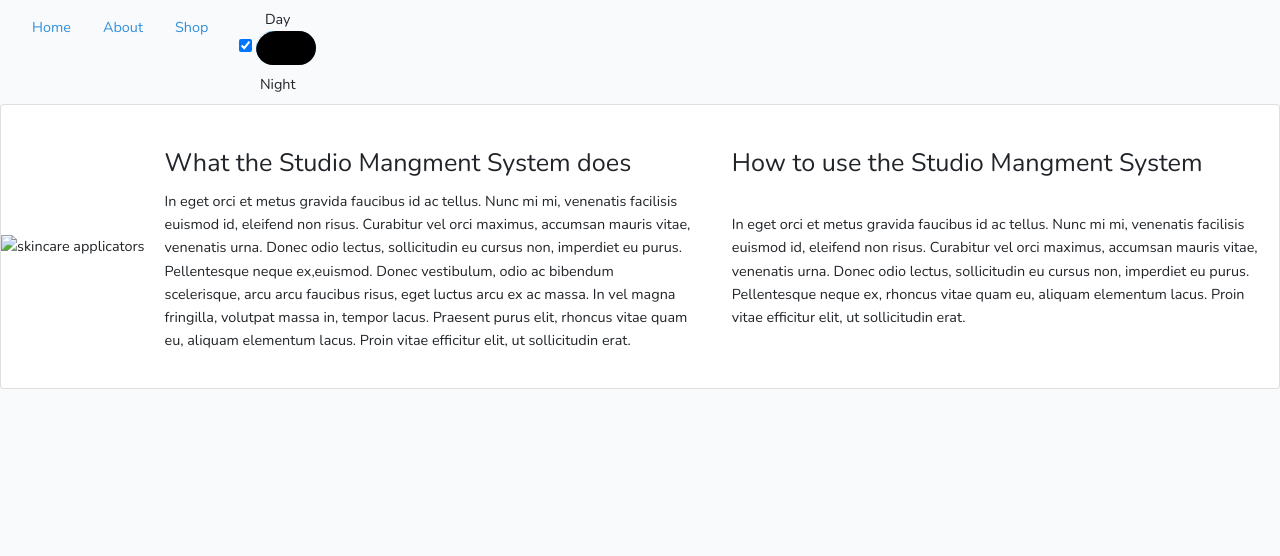
Repository: littae2/simplicite
Page: http://localhost/shop
An editor plug-in stored every save of this project. The page is shown before and after a run of saves, followed by the edit.
The browser window is 1280 px wide. The pictures show the whole page.
Some web libraries are served in a nearby version. The page is served by the project's Laravel application, run on PHP 8.4 with Laravel 8. Other server files are loaded and not shown.

Above is the page before, as saved 2021-08-13 15:37:22.

### Project/routes/web.php
<?php

use Illuminate\Support\Facades\Route;

/*
|--------------------------------------------------------------------------
| Web Routes
|--------------------------------------------------------------------------
|
| Here is where you can register web routes for your application. These
| routes are loaded by the RouteServiceProvider within a group which
| contains the "web" middleware group. Now create something great!
|
*/

Route::get('/', function () {
    return view('home.index');
});

Route::get('/about', function () {
    return view('about.index');
});
Route::get('/shop', function () {
    return view('shop.index');
});

### Project/resources/views/shop/index.blade.php
@extends('layouts.layout')
@section('title', 'Welcome')
@section('content')
<div class="pageContent">

<!-- @if(Auth::check())
<div> you are logged in </div>
@else
<div> please login</div>
@endif -->

  <div class="card d-flex flex-row justify-content-between align-items-center w-90 home">
  <img src="{{url('img/product2.jpg')}}" alt="skincare applicators" class="headerImg">
    <div class="card-body w-25 ">

      <br>
      <h3 class="card-title">What the Studio Mangment System does</h3>

      <p>In eget orci et metus gravida faucibus id ac tellus. Nunc mi mi, venenatis facilisis euismod id, eleifend non risus.
        Curabitur vel orci maximus, accumsan mauris vitae, venenatis urna. Donec odio lectus, sollicitudin eu cursus non, imperdiet eu purus.
        Pellentesque neque ex,euismod. Donec vestibulum, odio ac bibendum scelerisque, arcu arcu faucibus risus, eget luctus arcu ex ac massa. In vel magna fringilla, volutpat massa in, tempor lacus.
        Praesent purus elit, rhoncus vitae quam eu, aliquam elementum lacus. Proin vitae efficitur elit, ut sollicitudin erat.</p>

    </div>
    <div class=" card-body w-25">

      <h3 class="card-title">How to use the Studio Mangment System</h3>
      <br>
      <p>In eget orci et metus gravida faucibus id ac tellus. Nunc mi mi, venenatis facilisis euismod id, eleifend non risus.
        Curabitur vel orci maximus, accumsan mauris vitae, venenatis urna. Donec odio lectus, sollicitudin eu cursus non, imperdiet eu purus.
        Pellentesque neque ex, rhoncus vitae quam eu, aliquam elementum lacus. Proin vitae efficitur elit, ut sollicitudin erat.</p>

    </div>

  </div>
</div>
@endsection

### Project/resources/views/layouts/layout.blade.php
<!--This is the Main layout page-->
<!DOCTYPE html>
<html lang="en">
<head>
    <meta charset="UTF-8">
        <!-- CSRF Token -->
    <meta name="csrf-token" content="mlxnBRgEB1AbPWkhP1fOm5sUhDzONcfLGmqMOlHY">
    <meta name="viewport" content="width=device-width, initial-scale=1.0">

    <script src="https://kit.fontawesome.com/b07d89ef49.js" crossorigin="anonymous"></script>

    <!--  JQUEURY-->
    <script src="https://code.jquery.com/jquery-3.1.0.min.js"></script>

    <!--  BS -->
    <link rel="stylesheet" href="{{asset('css/simplicite.css')}}">
    <link rel="stylesheet" href="{{asset('css/app.css')}}">

    <!--JS -->




</head>
<body>

  @include('layouts.navbar')

<!-- Fonts -->
<link href="https://fonts.googleapis.com/css?family=Nunito:200,600" rel="stylesheet">

@yield('content')
</body>
</html>

### Project/resources/views/layouts/navbar.blade.php
<!-- <div class= "nav">
      <a class="nav-link" href="{{url('/welcome')}}">Home</a>
      <a class="nav-link" href="{{url('/view-cohorts')}}">Cohort</a>
      <a class="nav-link" href="{{url('/students')}}">Students</a>
      <a class="nav-link" href="{{url('/upload')}}">Upload</a>
      <a class="nav-link" href="{{url('/enrolment')}}">Enrollment</a>
</div> -->
<script src="https://code.jquery.com/jquery-3.2.1.slim.min.js" integrity="sha384-KJ3o2DKtIkvYIK3UENzmM7KCkRr/rE9/Qpg6aAZGJwFDMVNA/GpGFF93hXpG5KkN" crossorigin="anonymous"></script>
<script src="https://cdnjs.cloudflare.com/ajax/libs/popper.js/1.12.9/umd/popper.min.js" integrity="sha384-ApNbgh9B+Y1QKtv3Rn7W3mgPxhU9K/ScQsAP7hUibX39j7fakFPskvXusvfa0b4Q" crossorigin="anonymous"></script>
<script src="https://maxcdn.bootstrapcdn.com/bootstrap/4.0.0/js/bootstrap.min.js" integrity="sha384-JZR6Spejh4U02d8jOt6vLEHfe/JQGiRRSQQxSfFWpi1MquVdAyjUar5+76PVCmYl" crossorigin="anonymous"></script>


<div class="nav">
  <div class="col-md-12 school-options-dropdown text-center nav-link">

    <div class="nav">
      <a class="nav-link" href="{{url('/')}}">Home</a>
      <a class="nav-link" href="{{url('/about')}}">About</a>
      <a class="nav-link" href="{{url('/shop')}}">Shop</a>
<a>@include('inc.daynight')</a>


    </div>
  </div>
</div>
</div>

### Project/resources/views/inc/daynight.blade.php

<div class="layout">
    <div class="day-label">Day</div>

    <label class="container">
        <input id="input" type="checkbox" checked="checked">
        <span class="checkmark">


            <svg id="toggle" xmlns="http://www.w3.org/2000/svg" viewBox="0 0 60 34" width="60" height="34">
                <defs>


                    <clipPath id="container">
                        <rect width="60" height="34" rx="17" />
                    </clipPath>
                    <g id="day">
                        <rect x="0" width="60" height="34" style="fill: #61b9e5" />
                        <g id="day-content">
                            <g class="clouds-small">
                                <path d="M13.35,22.45a1,1,0,0,0-.44.1A1.62,1.62,0,0,0,11.29,21a1.67,1.67,0,0,0-.59.11,1.84,1.84,0,0,0-3.55.61h0a1.38,1.38,0,0,0,0,2.75h6.21a1,1,0,1,0,0-2Z" transform="translate(-2 -2)" style="fill: #d0edff" />
                                <path d="M27.38,23.72a1.05,1.05,0,0,0-.44.1,1.63,1.63,0,0,0-2.21-1.41,1.84,1.84,0,0,0-3.56.61h0a1.38,1.38,0,1,0,0,2.75h6.21a1,1,0,0,0,0-2.05Z" transform="translate(-2 -2)" style="fill: #d0edff" />
                                <path d="M56.7,24a1,1,0,0,0-.44.1,1.63,1.63,0,0,0-2.21-1.42,1.85,1.85,0,0,0-3.56.61h0a1.38,1.38,0,0,0,0,2.75H56.7a1,1,0,0,0,0-2Z" transform="translate(-2 -2)" style="fill: #d0edff" />
                                <path d="M84.35,22.45a1,1,0,0,0-.44.1A1.62,1.62,0,0,0,82.29,21a1.67,1.67,0,0,0-.59.11,1.84,1.84,0,0,0-3.55.61h0a1.38,1.38,0,0,0,0,2.75h6.21a1,1,0,1,0,0-2Z" transform="translate(-2 -2)" style="fill: #d0edff" />
                                <path d="M98.38,23.72a1.05,1.05,0,0,0-.44.1,1.63,1.63,0,0,0-2.21-1.41,1.84,1.84,0,0,0-3.56.61h0a1.38,1.38,0,1,0,0,2.75h6.21a1,1,0,0,0,0-2.05Z" transform="translate(-2 -2)" style="fill: #d0edff" />
                                <path d="M127.7,24a1,1,0,0,0-.44.1,1.63,1.63,0,0,0-2.21-1.42,1.85,1.85,0,0,0-3.56.61h0a1.38,1.38,0,0,0,0,2.75h6.21a1,1,0,0,0,0-2Z" transform="translate(-2 -2)" style="fill: #d0edff" />
                            </g>
                            <g class="clouds-medium">
                                <path d="M61.44,18.4a1.85,1.85,0,0,0-.77.18,2.85,2.85,0,0,0-2.85-2.68,3,3,0,0,0-1,.19,3.25,3.25,0,0,0-6.26,1.07h0a2.42,2.42,0,0,0,0,4.84H61.44a1.8,1.8,0,1,0,0-3.6Z" transform="translate(-2 -2)" style="fill: #e9f8ff" />
                                <path d="M26,17.07a1.84,1.84,0,0,0-.77.17,2.86,2.86,0,0,0-2.85-2.68,2.75,2.75,0,0,0-1,.2,3.24,3.24,0,0,0-6.26,1.07h0a2.42,2.42,0,1,0,0,4.84H26a1.8,1.8,0,0,0,0-3.6Z" transform="translate(-2 -2)" style="fill: #e9f8ff" />
                                <path d="M126.44,18.4a1.85,1.85,0,0,0-.77.18,2.85,2.85,0,0,0-2.85-2.68,3,3,0,0,0-1,.19,3.25,3.25,0,0,0-6.26,1.07h0a2.42,2.42,0,0,0,0,4.84h10.92a1.8,1.8,0,1,0,0-3.6Z" transform="translate(-2 -2)" style="fill: #e9f8ff" />
                                <path d="M91,17.07a1.84,1.84,0,0,0-.77.17,2.86,2.86,0,0,0-2.85-2.68,2.75,2.75,0,0,0-1,.2,3.24,3.24,0,0,0-6.26,1.07h0a2.42,2.42,0,0,0,0,4.84H91a1.8,1.8,0,0,0,0-3.6Z" transform="translate(-2 -2)" style="fill: #e9f8ff" />
                            </g>
                            <g class="clouds-big">
                                <path d="M24.82,10.83a3.09,3.09,0,0,0-1.29.29A4.78,4.78,0,0,0,17,7,5.43,5.43,0,0,0,6.54,8.76h0a4,4,0,1,0,0,8.09H24.82a3,3,0,0,0,0-6Z" transform="translate(-2 -2)" style="fill: #fff" />
                                <path d="M53.6,9.45a2.37,2.37,0,0,0-1,.24,3.86,3.86,0,0,0-3.84-3.61,4.09,4.09,0,0,0-1.4.26,4.36,4.36,0,0,0-8.41,1.45h0a3.25,3.25,0,0,0,0,6.5H53.6a2.42,2.42,0,1,0,0-4.84Z" transform="translate(-2 -2)" style="fill: #fff" />
                                <path d="M98.72,10.83a3.09,3.09,0,0,0-1.29.29A4.78,4.78,0,0,0,90.91,7a5.43,5.43,0,0,0-10.47,1.8h0a4,4,0,1,0,0,8.09H98.72a3,3,0,1,0,0-6Z" transform="translate(-2 -2)" style="fill: #fff" />
                                <path d="M127.5,9.45a2.41,2.41,0,0,0-1,.24,3.85,3.85,0,0,0-3.84-3.61,4.09,4.09,0,0,0-1.4.26,4.36,4.36,0,0,0-8.41,1.45h0a3.25,3.25,0,0,0,0,6.5h14.7a2.42,2.42,0,0,0,0-4.84Z" transform="translate(-2 -2)" style="fill: #fff" />
                            </g>

                        </g>
                    </g>
                    <g id="night">
                        <rect width="60" height="34" style="fill: #004373" />

                        <g id="night-content">
                            <polygon class="star" points="46 4.89 46.62 6.14 48.01 6.35 47.01 7.33 47.24 8.71 46 8.06 44.76 8.71 44.99 7.33 43.99 6.35 45.38 6.14 46 4.89" style="fill: #fff5a6" />
                            <polygon class="star" points="58.58 21.93 59.46 23.02 60.86 22.91 60.1 24.09 60.63 25.39 59.28 25.02 58.21 25.94 58.14 24.54 56.94 23.8 58.25 23.3 58.58 21.93" style="fill: #fff5a6" />
                            <polygon class="star" points="40.71 12.02 40.82 13.42 42.03 14.13 40.74 14.66 40.44 16.04 39.53 14.97 38.13 15.11 38.87 13.91 38.3 12.63 39.67 12.96 40.71 12.02" style="fill: #fff5a6" />
                            <polygon class="star" points="5 16.89 5.62 18.14 7.01 18.35 6 19.33 6.24 20.71 5 20.06 3.76 20.71 4 19.33 2.99 18.35 4.38 18.14 5 16.89" style="fill: #fff5a6" />
                            <polygon class="star" points="60.57 6.97 60.79 8.36 62.05 8.97 60.8 9.6 60.61 10.99 59.62 10 58.24 10.25 58.88 9 58.22 7.76 59.6 7.99 60.57 6.97" style="fill: #fff5a6" />
                            <polygon class="star" points="30.91 26.12 30.86 27.52 31.98 28.36 30.63 28.74 30.18 30.07 29.4 28.91 28 28.89 28.86 27.78 28.45 26.44 29.77 26.93 30.91 26.12" style="fill: #fff5a6" />
                            <polygon class="star" points="17.52 13.95 18.44 15.01 19.83 14.86 19.11 16.06 19.68 17.34 18.32 17.02 17.28 17.96 17.16 16.56 15.94 15.87 17.23 15.32 17.52 13.95" style="fill: #fff5a6" />
                            <polygon class="star" points="60.53 16.01 61.11 16.41 61.76 16.15 61.56 16.83 62 17.37 61.3 17.39 60.92 17.98 60.69 17.32 60.01 17.14 60.56 16.71 60.53 16.01" style="fill: #fff5a6" />
                            <polygon class="star" points="41.99 21.89 42.31 22.52 43 22.62 42.5 23.11 42.62 23.8 41.99 23.47 41.37 23.8 41.49 23.11 40.99 22.62 41.69 22.52 41.99 21.89" style="fill: #fff5a6" />
                            <polygon class="star" points="63.47 26.02 63.43 26.72 63.98 27.15 63.3 27.32 63.05 27.98 62.68 27.39 61.98 27.36 62.43 26.82 62.24 26.14 62.89 26.4 63.47 26.02" style="fill: #fff5a6" />
                            <polygon class="star" points="36.99 9.89 37.31 10.52 38 10.62 37.5 11.11 37.62 11.8 36.99 11.47 36.37 11.8 36.49 11.11 35.99 10.62 36.69 10.52 36.99 9.89" style="fill: #fff5a6" />
                            <polygon class="star" points="28.5 4.89 28.65 5.2 29 5.25 28.75 5.5 28.81 5.85 28.5 5.68 28.18 5.85 28.24 5.5 27.99 5.25 28.34 5.2 28.5 4.89" style="fill: #fff5a6" />
                            <polygon class="star" points="28.5 12.89 28.65 13.2 29 13.25 28.75 13.5 28.81 13.85 28.5 13.68 28.18 13.85 28.24 13.5 27.99 13.25 28.34 13.2 28.5 12.89" style="fill: #fff5a6" />
                            <polygon class="star" points="47.75 22.96 47.72 23.31 47.98 23.54 47.64 23.61 47.5 23.94 47.32 23.63 46.97 23.6 47.21 23.34 47.13 23 47.45 23.14 47.75 22.96" style="fill: #fff5a6" />
                            <polygon class="star" points="51.75 31.96 51.72 32.31 51.98 32.54 51.64 32.62 51.5 32.94 51.32 32.63 50.97 32.6 51.21 32.34 51.13 32 51.45 32.15 51.75 31.96" style="fill: #fff5a6" />
                            <polygon class="star" points="44.69 29.93 44.7 30.28 45 30.47 44.67 30.59 44.58 30.93 44.37 30.66 44.01 30.68 44.21 30.38 44.08 30.06 44.42 30.15 44.69 29.93" style="fill: #fff5a6" />
                            <polygon class="star" points="24.32 10.92 24.58 11.16 24.92 11.07 24.78 11.4 24.96 11.7 24.61 11.66 24.39 11.93 24.31 11.58 23.98 11.45 24.29 11.27 24.32 10.92" style="fill: #fff5a6" />
                            <polygon class="star" points="24.94 13.18 24.71 13.45 24.79 13.79 24.47 13.65 24.17 13.84 24.2 13.49 23.93 13.26 24.27 13.19 24.41 12.86 24.59 13.16 24.94 13.18" style="fill: #fff5a6" />
                            <polygon class="star" points="32 19.89 32.31 20.52 33 20.62 32.5 21.11 32.62 21.8 32 21.47 31.37 21.8 31.49 21.11 30.99 20.62 31.68 20.52 32 19.89" style="fill: #fff5a6" />
                            <polygon class="star" points="19.61 21.97 20.15 22.42 20.82 22.23 20.56 22.88 20.95 23.46 20.25 23.42 19.82 23.97 19.64 23.29 18.98 23.04 19.58 22.67 19.61 21.97" style="fill: #fff5a6" />
                            <polygon class="star" points="9.51 8.04 9.43 8.74 9.96 9.2 9.28 9.34 9 9.98 8.65 9.37 7.96 9.31 8.43 8.79 8.27 8.11 8.91 8.4 9.51 8.04" style="fill: #fff5a6" />
                        </g>
                    </g>
                    <clipPath id="switch">
                        <circle id="circle" cx="19" cy="17" r="10" />
                    </clipPath>
                </defs>

                <g clip-path="url(#container)">
                    <use id="back" href="#day" />
                    <g clip-path="url(#switch)">
                        <use id="front" href="#night" />
                    </g>
                    <rect class="inner-shadow" width="70" height="44" rx="20" />
                </g>

                <rect width="60" height="44" rx="17" opacity="0" />

            </svg>
        </span>
    </label>
    <div class="night-label">Night</div>
</div>
@push('head')
<style>



    .night-label {
        opacity: 0.2;
    }



    .layout {
        width: 70vw;
        max-width: 300px;
        min-width: 250px;
        height: 30vh;
        display: grid;
        grid-template-columns: 1fr 2fr 1fr;
        justify-content: center;
        align-items: center;
        gap: 30px;
        font-size: 25px;
    }

    .layout:nth-child(1) {
        text-align: right;
    }

    svg {
        width: 100%;
        height: 100%;
        cursor: pointer;
    }

    #night-content {
        opacity: 0.5;
    }

    .inner-shadow {
        stroke-opacity: 0.1;
        stroke-width: 5;
        stroke: black;
        fill: none;
    }

    .container input {
        position: absolute;
        opacity: 0;
        cursor: pointer;
        height: 0;
        width: 0;
    }
</style>
<script>

    let duration = 0.4;
    let isDay = true;


    let back = document.getElementById('back');
    let front = document.getElementById('front');

    let switchTime = () => {

        back.setAttribute('href', '#' + (isDay ? 'day' : 'night'));
        front.setAttribute('href', '#' + (isDay ? 'night' : 'day'));
    }
    let scale = 30;
    let toNightAnimation = gsap.timeline();

    toNightAnimation
        .to('#night-content', {
            duration: duration * 0.5,
            opacity: 1,
            ease: 'power2.inOut',
            x: 0
        })
        .to('#circle', {
            duration: duration,
            ease: 'power4.in',
            scaleX: scale,
            scaleY: scale,
            x: 1,
            transformOrigin: '100% 50%',
        }, 0)
        .to('.day-label', {
            duration: duration * 2,
            ease: 'power2.inOut',
            opacity: 0.2
        }, 0)
        .to('.night-label', {
            duration: duration * 2,
            ease: 'power2.inOut',
            opacity: 1
        }, 0)
        .set('#circle', {
            // transformOrigin: '0% 50%',
            scaleX: -scale,
            // x: 8.5,
            onUpdate: () => switchTime()
        }, duration).to('#circle', {
            duration: duration,
            ease: 'power4.out',
            scaleX: -1,
            scaleY: 1,
            x: 2,
        }, duration)
        .to('#day-content', {
            duration: duration * 0.5,
            opacity: 0.5
        }, duration * 1.5)
        .to('body', {
            backgroundColor: '#b0b0b9',
            color: 'black',
            duration: duration * 2
        }, 0)

    let stars = Array.from(document.getElementsByClassName('star'));
    stars.map(star => gsap.to(star, {
        duration: 'random(0.4, 1.5)',
        repeat: -1,
        yoyo: true,
        opacity: 'random(0.2, 0.5)'
    }))
    gsap.to('.clouds-big', {
        duration: 15,
        repeat: -1,
        x: -74,
        ease: 'linear'
    })
    gsap.to('.clouds-medium', {
        duration: 20,
        repeat: -1,
        x: -65,
        ease: 'linear'
    })
    gsap.to('.clouds-small', {
        duration: 25,
        repeat: -1,
        x: -71,
        ease: 'linear'
    })

    let switchToggle = document.getElementById('input');
    switchToggle.addEventListener('change', () => toggle())

    let toggle = () => {
        isDay = switchToggle.checked == true;
        if (isDay) {
            toNightAnimation.reverse();
        } else {
            toNightAnimation.play();
        }
    }



    if (CodePen.isThumbnail) toggle();

    toNightAnimation.reverse();
    toNightAnimation.pause();
</script>
@endpush

### Project/public/css/simplicite.css

@keyframes example {
    from {opacity: 100%;}
    to {opacity:0%;}
  }

.headerImg {
    width: -moz-available;
    background-position-y: 80%;
    display: flex;
    background-size: cover; /* or contain depending on what you want */
    background-repeat: no-repeat;
    text-align: center;
    margin: auto;
    padding: 0;
}
.headerImg:scroll{
    animation-name: example;
    animation-duration: 4s;
}

Loaded but not shown: Project/public/css/app.css (library)

After the next 4 saves:
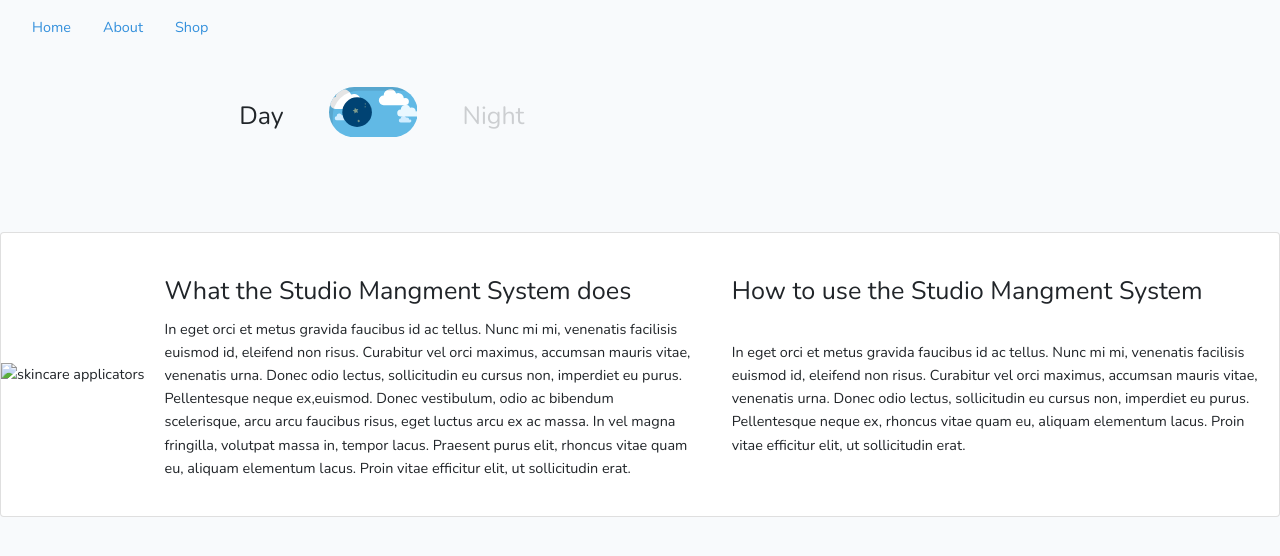
Console error: ReferenceError: gsap is not defined
The 4 saves are shown as one change because 1 did not build or start and some came seconds apart.
The last was saved 28 s later.
--- a/Project/resources/views/inc/daynight.blade.php
+++ b/Project/resources/views/inc/daynight.blade.php
@@ -87,7 +87,7 @@
     </label>
     <div class="night-label">Night</div>
 </div>
-@push('head')
+
 <style>
 
 
@@ -249,4 +249,3 @@
     toNightAnimation.reverse();
     toNightAnimation.pause();
 </script>
-@endpush

After the save that followed:
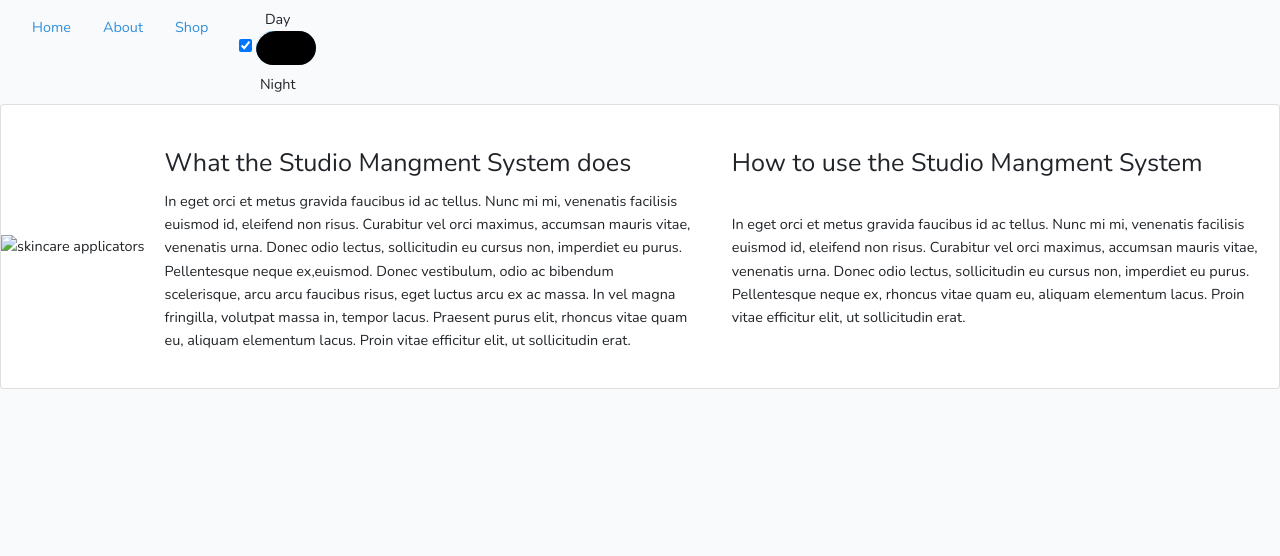
Saved 2 min 53 s later.
--- a/Project/resources/views/inc/daynight.blade.php
+++ b/Project/resources/views/inc/daynight.blade.php
@@ -88,58 +88,7 @@
     <div class="night-label">Night</div>
 </div>
 
-<style>
-
-
-
-    .night-label {
-        opacity: 0.2;
-    }
-
-
-
-    .layout {
-        width: 70vw;
-        max-width: 300px;
-        min-width: 250px;
-        height: 30vh;
-        display: grid;
-        grid-template-columns: 1fr 2fr 1fr;
-        justify-content: center;
-        align-items: center;
-        gap: 30px;
-        font-size: 25px;
-    }
-
-    .layout:nth-child(1) {
-        text-align: right;
-    }
-
-    svg {
-        width: 100%;
-        height: 100%;
-        cursor: pointer;
-    }
-
-    #night-content {
-        opacity: 0.5;
-    }
-
-    .inner-shadow {
-        stroke-opacity: 0.1;
-        stroke-width: 5;
-        stroke: black;
-        fill: none;
-    }
-
-    .container input {
-        position: absolute;
-        opacity: 0;
-        cursor: pointer;
-        height: 0;
-        width: 0;
-    }
-</style>
+
 <script>
 
     let duration = 0.4;
